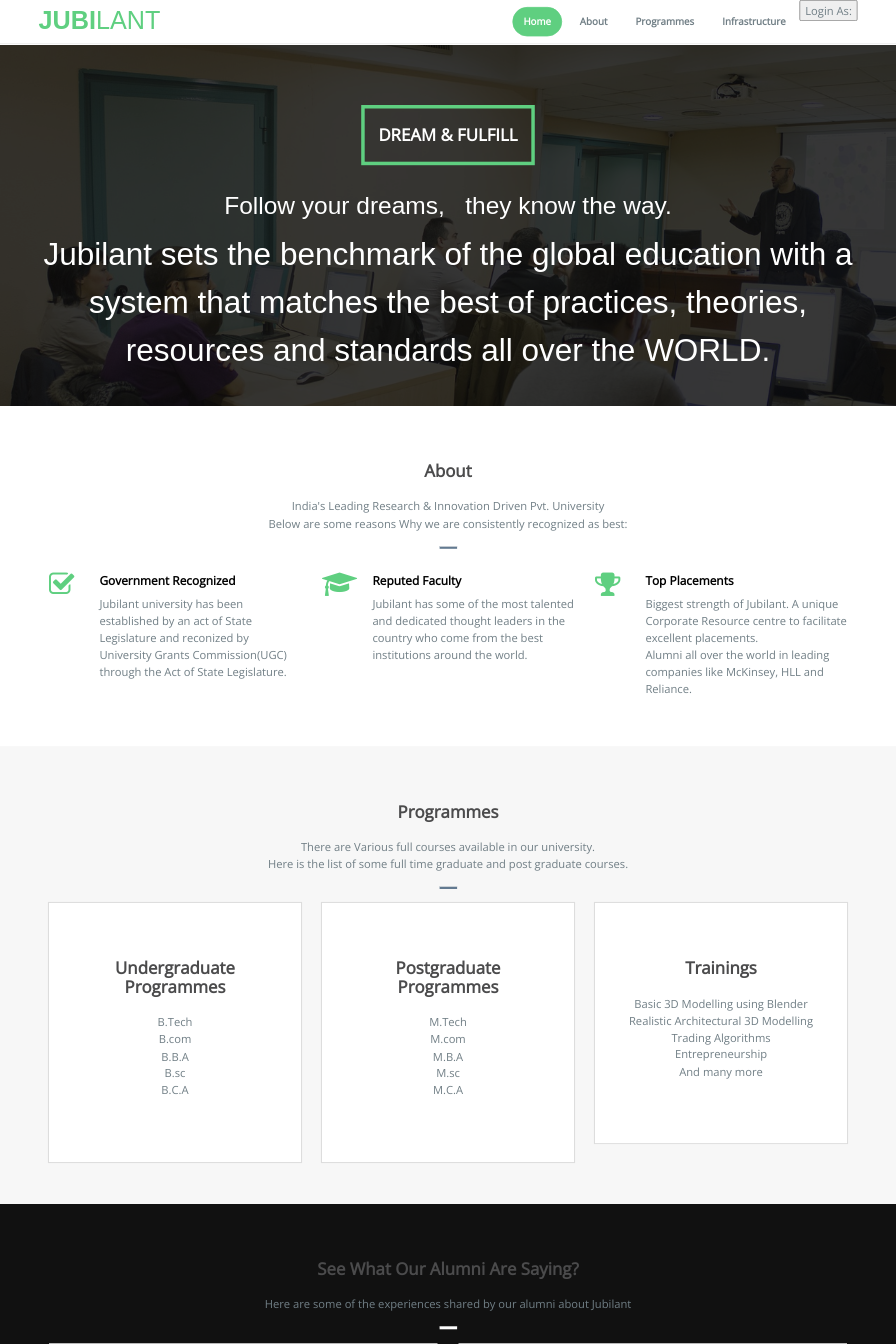
Repository: GauravC8/UMS
Page: http://localhost/login/WEB-INF/index.jsp
The author's editor kept a copy of each file at every save. The page is drawn from the files as they stood at one save, then again after the next save.
The browser window is 1280 px wide. The pictures show the part of the page from y = 0 to 1920 px (the page is 3363 px tall), at 70% of full size.
Some web fonts or font styles are not loaded; a fallback is used. The page is served by Tomcat 9. Nobody is signed in. Other server files are loaded and not shown. The template is opened directly, without the code that normally fills it, so the values that code supplies are empty.

Above is the page before, as saved 2019-04-08 10:57:28.

### login/src/main/webapp/WEB-INF/index.jsp
<%@ page language="java" contentType="text/html; charset=ISO-8859-1"
	pageEncoding="ISO-8859-1"%>
<%@ taglib uri="http://www.springframework.org/tags/form" prefix="form"%>
<%@taglib prefix="c" uri="http://java.sun.com/jsp/jstl/core"%>

<!DOCTYPE html>
<html lang="en">

<head>
<meta charset="utf-8">
<meta name="viewport" content="width=device-width, initial-scale=1">
<title>UMS</title>

<link rel="stylesheet" type="text/css"
	href="https://fonts.googleapis.com/css?family=Open+Sans|Candal|Alegreya+Sans">
<link rel="stylesheet" type="text/css"
	href="resources/css/font-awesome.min.css">
<link rel="stylesheet" type="text/css"
	href="resources/css/bootstrap.min.css">
<link rel="stylesheet" type="text/css"
	href="resources/css/imagehover.min.css">
<link rel="stylesheet" type="text/css" href="resources/css/style.css">

</head>

<body>
	<!--Navigation bar-->
	<nav class="navbar navbar-default navbar-fixed-top">
		<div class="container">
			<div class="navbar-header">
				<button type="button" class="navbar-toggle" data-toggle="collapse"
					data-target="#myNavbar"></button>
				<a class="navbar-brand" href="index.html">Jubi<span>lant</span></a>
			</div>
			<div class="collapse navbar-collapse" id="myNavbar">
				<ul class="nav navbar-nav navbar-right">
					<li class="btn-trial"><a href="#Home">Home</a></li>
					<li><a href="#about">About</a></li>
					<li><a href="#programmes">Programmes</a></li>
					<li><a href="#infrasturcture">Infrastructure</a></li>
					<li>
						<div class="dropdown">
							<button
								type="button" id="menu1" data-toggle="dropdown">
								Login As:
							</button>
							<ul class="dropdown-menu" role="menu" aria-labelledby="menu1">
								<li role="presentation"><a role="menuitem" tabindex="-1"
									href="user/loginForm">Student</a></li>
								<li role="presentation"><a role="menuitem" tabindex="-1"
									href="user/loginForm">Faculty</a></li>
								<li role="presentation"><a role="menuitem" tabindex="-1"
									href="user/loginForm">Admin</a></li>
							</ul>
						</div>
					</li>

				</ul>
			</div>
		</div>
	</nav>
	<!--/ Navigation bar-->


	<!--Modal box-->
	<div class="modal fade" id="login" role="dialog">
		<div class="modal-dialog modal-sm">

			<!-- Modal content no 1-->
			<div class="modal-content">
				<div class="modal-header">
					<button type="button" class="close" data-dismiss="modal">&times;</button>
					<h4 class="modal-title text-center form-title">Login</h4>
				</div>
				<div class="modal-body">

					<div class="login-box-body">
						<%-- <form:form action="user/loginUser" class="form-horizontal"
							method="post" modelAttribute="user">
							<div class="form-group">
								<label for="emailId" class="col-md-3 control-label">Email</label>
								<div class="col-md-9">
									<form:input name="emailId" path="emailId"
										cssClass="form-control" />
								</div>
							</div>

							<div class="form-group">
								<label for="password" class="col-md-3 control-label">Password</label>
								<div class="col-md-9">
									<form:password name="password" path="password"
										cssClass="form-control" />
								</div>
							</div>
							<div class="form-group">
								<!-- Button -->
								<div class="col-md-offset-3 col-md-9">
									<form:button cssClass="btn btn-primary">Login</form:button>
								</div>
							</div>
							<div style="color: red">${error}</div>

						</form:form> --%>
					</div>
				</div>
			</div>
		</div>

	</div>
	<!--/ Modal box-->


	<!--Banner-->
	<div class="banner"
		style="background: url('resources/images/bg-banner.jpg') no-repeat center top">
		<div class="bg-color">
			<div class="container">
				<div class="row">
					<div class="banner-text text-center">
						<div class="text-border">
							<h2 class="text-dec">Dream & Fulfill</h2>
						</div>
						<div class="intro-para text-center quote">
							<p class="big-text">Follow your dreams, &nbsp they know the
								way.<p><p class="small-t
							ext">Jubilant sets the benchmark of the
								global education with a system that matches the best of
								practices, theories, resources and standards all over the WORLD.</p>
						</div>

					</div>
				</div>
			</div>
		</div>
	</div>
	<!--/ Banner-->
	<!--About-->
	<section id="about" class="section-padding">
		<div class="container">
			<div class="row">
				<div class="header-section text-center">
					<h2>About</h2>
					<p>
						India's Leading Research & Innovation Driven Pvt. University<br>
						Below are some reasons Why we are consistently recognized as best:
					</p>
					<hr class="bottom-line">
				</div>

				<div class="about">
					<div class="col-md-4">
						<div class="heading pull-right">
							<h4>Government Recognized</h4>
							<p>Jubilant university has been established by an act of
								State Legislature and reconized by University Grants
								Commission(UGC) through the Act of State Legislature.</p>
						</div>
						<div class="about-img pull-left">
							<i class="fa fa-check-square-o"></i>
						</div>
					</div>
				</div>
				<div class="about">
					<div class="col-md-4">
						<div class="heading pull-right">
							<h4>Reputed Faculty</h4>
							<p>Jubilant has some of the most talented and dedicated
								thought leaders in the country who come from the best
								institutions around the world.</p>
						</div>
						<div class="about-img pull-left">
							<i class="fa fa-graduation-cap"></i>
						</div>
					</div>
				</div>
				<div class="about">
					<div class="col-md-4">
						<div class="heading pull-right">
							<h4>Top Placements</h4>
							<p>
								Biggest strength of Jubilant. A unique Corporate Resource centre
								to facilitate excellent placements.<br> Alumni all over the
								world in leading companies like McKinsey, HLL and Reliance.
							</p>
						</div>
						<div class="about-img pull-left">
							<i class="fa fa-trophy"></i>
						</div>
					</div>
				</div>

			</div>
		</div>
	</section>
	<!--/ About-->

	<!--Programs-->
	<section id="programmes" class="section-padding">
		<div class="container">
			<div class="row">
				<div class="header-section text-center">
					<h2>Programmes</h2>
					<p>
						There are Various full courses available in our university.<br>
						Here is the list of some full time graduate and post graduate
						courses.
					</p>
					<hr class="bottom-line">
				</div>
				<div class="col-md-4 col-sm-6">
					<div class="service-box text-center">
						<h2>Undergraduate Programmes</h2>
						<p>
							B.Tech<br>B.com<br>B.B.A<br>B.sc<br>B.C.A
						</p>
					</div>
				</div>
				<div class="col-md-4 col-sm-6">
					<div class="service-box text-center">
						<h2>Postgraduate Programmes</h2>
						<p>
							M.Tech<br>M.com<br>M.B.A<br>M.sc<br>M.C.A
						</p>
					</div>
				</div>
				<div class="col-md-4 col-sm-6">
					<div class="service-box text-center">
						<h2>Trainings</h2>
						<p>
							Basic 3D Modelling using Blender<br>Realistic Architectural
							3D Modelling<br>Trading Algorithms<br>Entrepreneurship<br>And
							many more
						</p>
					</div>
				</div>
			</div>
		</div>
	</section>
	<!--/ programmes-->

	<!--Testimonial-->
	<section id="testimonial" class="section-padding">
		<div class="container">
			<div class="row">
				<div class="header-section text-center">
					<h2 class="white">See What Our Alumni Are Saying?</h2>
					<p class="white">Here are some of the experiences shared by our
						alumni about Jubilant</p>
					<hr class="bottom-line bg-white">
				</div>
				<div class="col-md-6 col-sm-6">
					<div class="text-comment">
						<p class="text-par">"Life in Jubilant has been a breathtaking
							experience.All the faculty members,mentors and everyone in
							Jubilant family have been a great help and a strong support. This
							place has immensely added to my persona and I will always cherish
							the memories I shared with this place."</p>

						<p class="text-name">
							Himani Gupta- MBA in Competitive Intelligence<br>
							Batch:2012-14
						</p>
					</div>
				</div>
				<div class="col-md-6 col-sm-6">
					<div class="text-comment">
						<p class="text-par">"Jubilant has been a completely enriching
							experience. I have acquired lot of confidence through various
							plaforms provided by College such as Sangathan, Youth Fest etc
							which gave us opportunity to present our innate creativity and
							talent. The faculty is very supportive and ready to help
							anytime."</p>
						<p class="text-name">
							Anita Kumari - B.sc(Fashion Design)<br>Batch:2011-14
						</p>
					</div>
				</div>
			</div>
		</div>
	</section>
	<!--/ Testimonial-->
	<!--Infrastructure-->
	<section id="infrasturcture" class="section-padding">
		<div class="container">
			<div class="row">
				<div class="header-section text-center">
					<h2>Infrastructure</h2>
					<p></p>
					<hr class="bottom-line">
				</div>
			</div>
		</div>
		<div class="container">
			<div class="row">
				<div class="col-md-4 col-sm-6 padleft-right">
					<figure class="imghvr-fold-up">
						<img src="resources/images/library.jfif" class="img-responsive">
						<figcaption>
							<h3>Library</h3>
							<p>Synonymous with the abode of knowledge, the six libraries
								at Jubilant are stocked with the lakhs of books and thousands of
								journals to propel the wisdom growth of the students. These
								libraries are frequently updated with new books and other useful
								study material for students.</p>
						</figcaption>
						<a href="#"></a>
					</figure>
				</div>
				<div class="col-md-4 col-sm-6 padleft-right">
					<figure class="imghvr-fold-up">
						<img src="resources/images/classroom.jfif" class="img-responsive">
						<figcaption>
							<h3>Syndicate Rooms</h3>
							<p>
								300 students can brainstorm at the same time in 50 Syndicate
								Rooms.<br>The Syndicate Rooms provide the perfect setting
								to acquire team skills through exercises like brain-storming
								sessions, group discussions, role-plays etc.
							</p>
						</figcaption>
						<a href="#"></a>
					</figure>
				</div>
				<div class="col-md-4 col-sm-6 padleft-right">
					<figure class="imghvr-fold-up">
						<img src="resources/images/auditorium.jfif" class="img-responsive">
						<figcaption>
							<h3>Auditorium</h3>
							<p>State-of-the-art auditoriums with a combined seating
								capacity of over 3,500 act as a common ground for students,
								faculty and corporate personalities for regular interfaces,
								conferences and other events.</p>
						</figcaption>
						<a href="#"></a>
					</figure>
				</div>
				<div class="col-md-4 col-sm-6 padleft-right">
					<figure class="imghvr-fold-up">
						<img src="resources/images/play.jfif" class="img-responsive">
						<figcaption>
							<h3>Playground</h3>
							<p>At Jubilant,sports form one of the important aspects of a
								student's development.From increasing concentration levels and
								working as a team to inculcating a winning spirit;sports help
								students build a strong character.</p>
						</figcaption>
						<a href="#"></a>
					</figure>
				</div>
				<div class="col-md-4 col-sm-6 padleft-right">
					<figure class="imghvr-fold-up">
						<img src="resources/images/hostel.jfif" class="img-responsive">
						<figcaption>
							<h3>Hostel Accomodation</h3>
							<p>Jubilant offers comprehensive hostel facilities for boys
								and girls separately within the University Campus.Caring wardens
								and a vigilant security ensures a pleasant stay allowing
								students to focus on academics.</p>

					</figure>
				</div>
				<div class="col-md-4 col-sm-6 padleft-right">
					<figure class="imghvr-fold-up">
						<img src="resources/images/labs.jfif" class="img-responsive">
						<figcaption>
							<h3>Laboratory</h3>
							<p>The specialised biotechnology laboratories are equipped to
								conduct advanced practical and research work.Jubilant has over
								300 labs where students experiment and bring to practice what
								they have learnt in theory.</p>
						</figcaption>
						<a href="#"></a>
					</figure>
				</div>
			</div>
		</div>
	</section>
	<!--/ Courses-->




	<!--Footer-->
	<footer id="footer" class="footer">
		<div class="container text-center">

			<h3>For More Information</h3>


			<!-- End newsletter-form -->
			<ul class="social-links">
				<li><a href="#link"><i class="fa fa-twitter fa-fw"></i></a></li>
				<li><a href="#link"><i class="fa fa-facebook fa-fw"></i></a></li>
				<li><a href="#link"><i class="fa fa-google-plus fa-fw"></i></a></li>
				<li><a href="#link"><i class="fa fa-dribbble fa-fw"></i></a></li>
				<li><a href="#link"><i class="fa fa-linkedin fa-fw"></i></a></li>
			</ul>
			All rights reserved

		</div>
	</footer>
	<!--/ Footer-->

	<script src="resources/js/jquery.min.js"></script>
	<script src="resources/js/jquery.easing.min.js"></script>
	<script src="resources/js/bootstrap.min.js"></script>
	<script src="resources/js/custom.js"></script>
	<script src="resources/contactform/contactform.js"></script>

</body>

</html>

### login/src/main/webapp/WEB-INF/resources/css/style.css

body {
	font-size: 15px;
    line-height: 1.52;
    color: #717f86;
    font-size: 16px;
	font-family: 'Open Sans', sans-serif;
    font-weight: 400;
}
ol, ul {
	list-style: none;
}
blockquote, q {
	quotes: none;
}
blockquote:before, blockquote:after,
q:before, q:after {
	content: '';
	content: none;
}
table {
	border-collapse: collapse;
	border-spacing: 0;
}
.section-padding{
	padding: 60px 0px;
}
h1, h2, h3, h4, h5, h6{
    font-family: Open Sans, sans-serif;
    font-weight: 700;
    color: #4B4B4C;
}
a{
    color: #5fcf80;
}
a:hover, a:focus{
    color: #5fcf80;
}
/***********************************
Navigation bar
************************************/
.navbar-default .navbar-brand {
    color: #5FCF80;
}
.navbar-default {
    background-color: #ffffff;
}

.navbar-default .navbar-nav > li > a {
    color: #717f86;
    font-size: 14px;
    font-weight: 700;
}
.navbar-nav > li > a{
	padding: 0px;
	margin: 10px 5px;
	padding: 10px 15px;
}
.navbar-default .navbar-nav > li > a:focus, .navbar-default .navbar-nav > li > a:hover
{
	color: #5FCF80;
}
.btn {


background-color: #5FCF80;
	border-radius: 50px;
	color: #ffffff !important;
	border: 1px solid #5FCF80;
	margin-top: 15px;
}
.navbar-nav .active a{
    background: none !important;
    color: #5FCF80 !important;
    outline: none;
}

.btn-trial a{
	background-color: #5FCF80;
	border-radius: 25px;
	color: #ffffff !important;
	border: 1px solid #5FCF80;
}
.btn-trial a:hover, .btn-trial a:focus{
	border: 1px solid #5FCF80;
	background-color: #fff;
	color: #5FCF80 !important;
}
.navbar-default .navbar-brand {
    font-family: 'Dosis', sans-serif !important;
    font-weight: 700;
    text-transform: uppercase;
    padding: 0px;
    height: inherit;
    font-size: 36px;
    margin: 20px 0px;
}
.navbar-default .navbar-brand span{
	font-weight: 100 !important;
}
.navbar {
    margin-bottom: 0px;
}
.padding-zero{
	padding: 0px;
}
.mart20{
	margin-top: 20px;
}
/***********************************
Banner
************************************/
.banner{
	background: url('resources/images/bg-banner.jpg') no-repeat center top;
    background-size: cover;
	min-height: 580px;
    position: relative;
}
.bg-color{
	background-color: RGBA(12, 11, 11, 0.82);
	min-height: 580px;
}
.text-dec{
	font-size: 24px;
	padding: 10px 20px;
    margin: 15px 0;
	text-transform: uppercase;
    color: #fff;
}
.text-border{
	border: 5px solid #5FCF80;
	display: inline-block;
	margin-top: 150px;
}
.intro-para{
	font-family: 'Alegreya Sans', sans-serif;
	font-size: 45px;
	color: #fff;
	margin-top: 30px;
}

.modal-dialog {
    width: 600px;
    margin: 150px auto;
}
.modal-content h4 {
    font-size: 1.5em;
    font-weight: 700;
}
.login-box-body {
    padding: 15px 30px;
}
.login-box-msg, .register-box-msg {
    margin: 0px;
    text-align: center;
    padding: 0px 20px 20px;
}
.form-title{
color:#5FCF80;
}
.form-control{
border-color:#5FCF80;
}
.modal-sm {
    width: 400px;
}
.padleft-right{
    padding-left: 5px;
    padding-right: 0px;
}
.big-text{
    font-size: 35px;
}
.small-text{
    font-size: 16px;
}
btn{
    background-color: #5fcf80;
    color: #fff;
    -webkit-transition: all 0.3s ease-in-out;
  -moz-transition: all 0.3s ease-in-out;
  transition: all 0.3s ease-in-out;
  margin-top: 10px;
}
.btn:hover,.btn:focus{
    background-color: black;
    color: #5fcf80;
    border-color: #fff;
     -webkit-transition: all 0.3s ease-in-out;
  -moz-transition: all 0.3s ease-in-out;
  transition: all 0.3s ease-in-out;
}
/***********************************
About
************************************/
h2{
	font-size: 24px;
	padding-bottom: 15px;
}
.bottom-line{
	width: 25px;
	height: 3px;
	background-color: rgb(99, 122, 145);
}
.about{
	margin-top: 25px;
}
.about-img {
  width: 20%;
}
.heading {
    width: 80%;
}
.about i {
    font-size: 39px;
    color: #5FCF80;
    margin-top: 7px;
}
.heading h4 {
    font-size: 17px;
    line-height: 1.25;
    font-weight: 700;
    color: #000;
    margin: 10px 0px;
    text-align: left;
}
.heading p {
  text-align: left;
}

/***********************************
Programmes
************************************/
#programmes {
    background-color: rgb(247, 247, 247);
}
.service-box{
    background: #fff;
    padding: 60px 30px 80px;
    box-shadow: 0px 0px 1px 1px rgba(0,0,0,0.1);
}



/***********************************
Testimonial
************************************/
#testimonial{
    background-color: #111;
}
.bg-white{
    background-color: #fff !important;
}
.text-comment{
  background-color: rgb(255, 255, 255);
  padding: 20px;
}
.text-par{
  font-size: 20px;
  padding-bottom: 15px;
}
/***********************************
Infrastructure
************************************/
[class*=" imghvr-"] figcaption, [class^="imghvr-"] figcaption {
    background-color: #5FCF80;
}
[class*=" imghvr-"], [class^="imghvr-"] {
    background-color: #5FCF80;
    color: #fff;
}

/***********************************
Footer
************************************/
.footer {
    padding: 60px 0 20px;
    background: #111;
    color: #ccc;
}
.footer a {
    color: #fff;
}

.footer h3{
	font-weight: 300;
	letter-spacing: 0.05em;
	margin: 0 0 40px;
	font-size: 24px;
}
.footer .form-control {
    border-radius: 30px;
    border: none;
    background: rgba(255,255,255,.1);
    padding-left: 30px;
    color: #e5e6e7;
    margin-bottom: 0;
    height: 48px;
}
.footer .social-links li a {
    color: #fff;
    font-size: 32px;
    line-height: 50px;
    border-radius: 50%;
    text-align: center;
    -webkit-transition: all .3s ease-out;
    transition: all .3s ease-out;
}
.footer .social-links li {
    display: inline-block;
    margin: 0 25px 25px;
    -webkit-transition: all .3s ease-out;
    transition: all .3s ease-out;
}
.footer .mc-trial {
    margin: 20px 0;
}
.footer .social-links {
    list-style: none;
    padding: 0;
    margin: 30px 0 40px;
    padding: 40px 0 0;
    border-bottom: 1px solid rgba(255,255,255,0.2);
}

.footer .form-control:focus{
    box-shadow: none;
}
/***********************************
************************************
Responsive media queries
************************************
***********************************/
@media (min-width: 769px) and (max-width: 980px) {
    .ser-text {
    font-size: 20px;
    }
    .service-box{
        margin-bottom: 30px;
    }
}
@media (min-width: 451px) and (max-width: 768px) {
    .ser-text {
    font-size: 20px;
    }
    .service-box{
        margin-bottom: 30px;
    }


}
@media (min-width: 20px) and (max-width: 450px) {
    .text-dec {
    font-size: 20px;
    }
    .big-text {
    font-size: 30px;
    }
    .small-text {
    font-size: 14px;
    }
    .intro-para {
    font-size: 30px;
    }
    .header-section p{
        font-size: 14px;
    }
    .heading {
    margin-bottom: 20px;
    }

    h3.det-txt {
    font-size: 28px;
    }

    .service-box, .text-comment{
        margin-bottom: 30px;
    }

    .footer .social-links li {
    margin: 0 5px 25px;
    }

    .modal-sm {
    width: 300px;
    }
    .login-box-body {
    padding: 15px 20px;
    }
    .navbar-default .navbar-brand{
        margin-left: 10px;
    }
    .navbar-default .navbar-nav > li > a{
        text-align: center;
    }
}

### login/src/main/webapp/WEB-INF/resources/js/custom.js
(function($) {

  // Navigation scrolls
  $(".navbar-nav li a").on('click', function(event) {
    $('.navbar-nav li').removeClass('active');
    $(this).closest('li').addClass('active');
    var $anchor = $(this);
    var nav = $($anchor.attr('href'));
    if (nav.length) {
      $('html, body').stop().animate({
        scrollTop: $($anchor.attr('href')).offset().top
      }, 1500, 'easeInOutExpo');

      event.preventDefault();
    }
  });
  $(".navbar-collapse a").on('click', function() {
    $(".navbar-collapse.collapse").removeClass('in');
  });

  // Add smooth scrolling to all links in navbar
  $("a.mouse-hover, a.get-quote").on('click', function(event) {
    var hash = this.hash;
    if (hash) {
      event.preventDefault();
      $('html, body').animate({
        scrollTop: $(hash).offset().top
      }, 1500, 'easeInOutExpo');
    }
  });
})(jQuery);

Loaded but not shown: login/src/main/webapp/WEB-INF/resources/css/font-awesome.min.css (library); login/src/main/webapp/WEB-INF/resources/css/bootstrap.min.css (library); login/src/main/webapp/WEB-INF/resources/css/imagehover.min.css (library); login/src/main/webapp/WEB-INF/resources/js/jquery.min.js (library); login/src/main/webapp/WEB-INF/resources/js/jquery.easing.min.js (library); login/src/main/webapp/WEB-INF/resources/js/bootstrap.min.js (library)

After the next save:
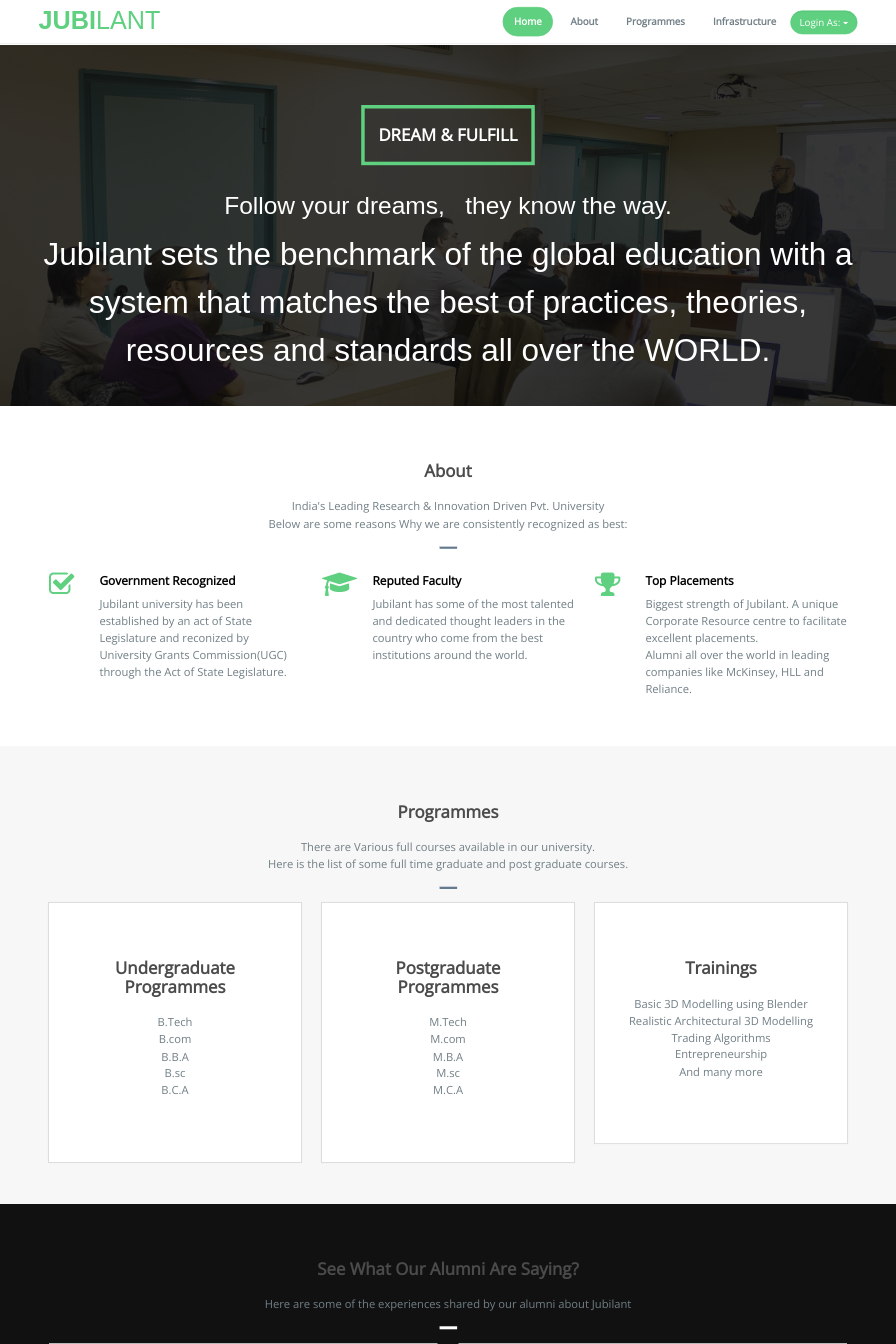
Saved 16 s later.
--- a/login/src/main/webapp/WEB-INF/index.jsp
+++ b/login/src/main/webapp/WEB-INF/index.jsp
@@ -38,11 +38,11 @@
 					<li><a href="#about">About</a></li>
 					<li><a href="#programmes">Programmes</a></li>
 					<li><a href="#infrasturcture">Infrastructure</a></li>
-					<li>
+					<li >
 						<div class="dropdown">
-							<button
+							<button class="btn btn-default dropdown-toggle form-control"
 								type="button" id="menu1" data-toggle="dropdown">
-								Login As:
+								Login As: <span class="caret"></span>
 							</button>
 							<ul class="dropdown-menu" role="menu" aria-labelledby="menu1">
 								<li role="presentation"><a role="menuitem" tabindex="-1"
